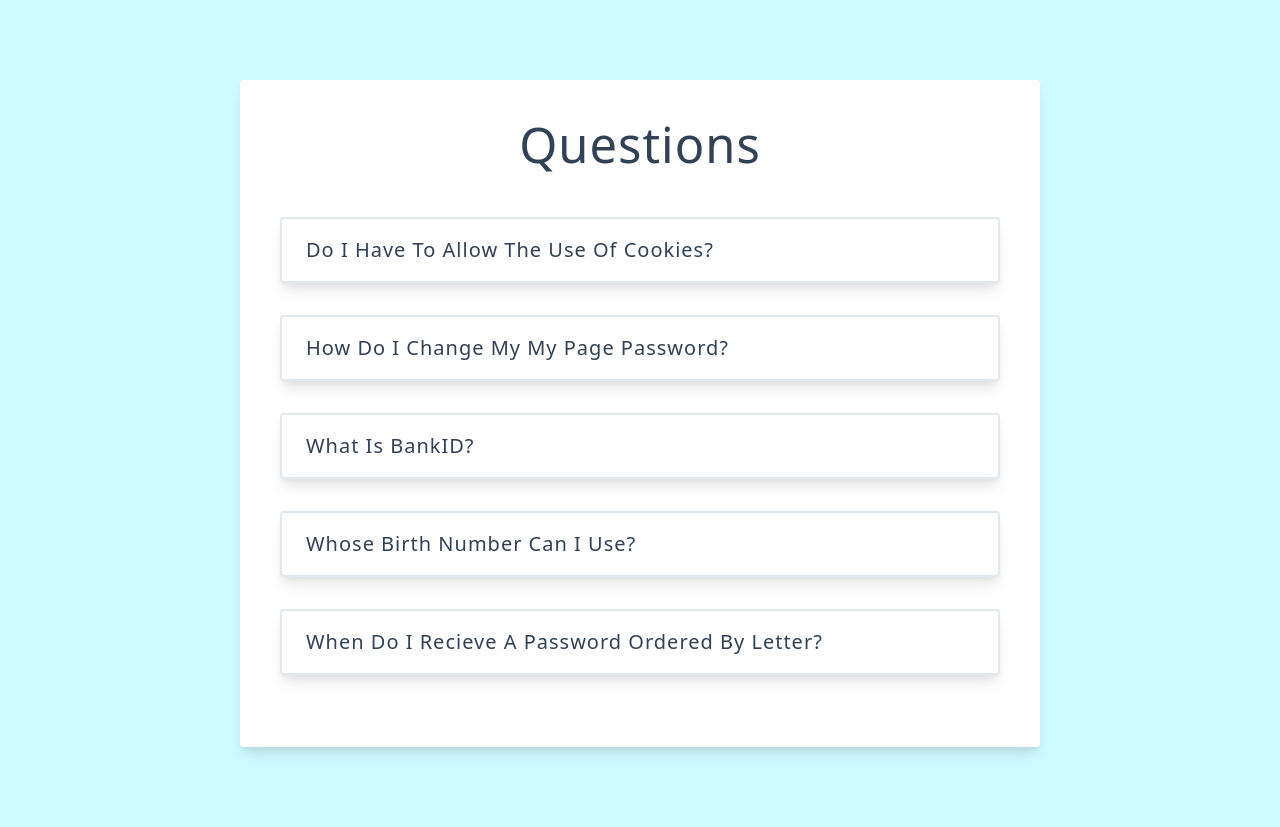
Repository: Maryie-B/React-Practice-Projects
Page: / (app in Accordion/)
An editor plug-in stored every save of this project. The page is shown before and after the next save, followed by the edit.
The browser window is 1280 px wide. The pictures show the whole page.
The project was rebuilt for these pictures with package versions that can differ from the ones it lists, and the page was loaded fresh each time. Also part of the build but not shown: Accordion/vite.config.js.

Above is the page before, as saved 2023-06-07 12:33:44.

### Accordion/src/App.jsx
import Questions from "./Questions";
import data from "./data";
import { useState } from "react";

const App = () => {
  const [questions, setQuestions] = useState(data);

  return <main>
    <Questions questions={questions} />
    </main>;
};
export default App;

### Accordion/src/Questions.jsx
import React from 'react'
import SingleQuestion from './SingleQuestion';

const Questions = ({questions}) => {
  return (
    <section className='container'>
      <h1>Questions</h1>
      {questions.map((question) => {
        return <SingleQuestion key={question.id} {...question} />
      })}
    </section>
  )
}

export default Questions;

### Accordion/src/data.js
const questions = [
  {
    id: 1,
    title: 'Do I have to allow the use of cookies?',
    info: 'Unicorn vinyl poutine brooklyn, next level direct trade iceland. Shaman copper mug church-key coloring book, whatever poutine normcore fixie cred kickstarter post-ironic street art.',
  },
  {
    id: 2,
    title: 'How do I change my My Page password?',
    info: 'Coloring book forage photo booth gentrify lumbersexual. Migas chillwave poutine synth shoreditch, enamel pin thundercats fashion axe roof party polaroid chartreuse.',
  },
  {
    id: 3,
    title: 'What is BankID?',
    info: 'Enamel pin fam sustainable woke whatever venmo. Authentic asymmetrical put a bird on it, lumbersexual activated charcoal kinfolk banjo cred pickled sartorial.',
  },
  {
    id: 4,
    title: 'Whose birth number can I use?',
    info: 'Edison bulb direct trade gentrify beard lo-fi seitan sustainable roof party franzen occupy squid. Knausgaard cronut succulents, scenester readymade shabby chic lyft. Copper mug meh vegan gentrify.',
  },
  {
    id: 5,
    title: 'When do I recieve a password ordered by letter?',
    info: 'Locavore franzen fashion axe live-edge neutra irony synth af tilde shabby chic man braid chillwave waistcoat copper mug messenger bag. Banjo snackwave blog, microdosing thundercats migas vaporware viral lo-fi seitan ',
  },
];
export default questions;

### Accordion/src/SingleQuestion.jsx
import React,{ useState }from 'react'
import { AiOutlineMinus, AiOutlinePlus } from 'react-icons/ai';

const SingleQuestion = ({title, info}) => {
  const [showInfo, setShowinfo] = useState(false);


  return (
    <article className='question'>
      <header>
        <h5>{title}</h5>
      </header>
      {showInfo && <p>{info}</p>}
    </article>
  )
}

export default SingleQuestion

Loaded but not shown: Accordion/index.html (common file); Accordion/src/main.jsx (common file); Accordion/src/index.css (common file)

After the next save:
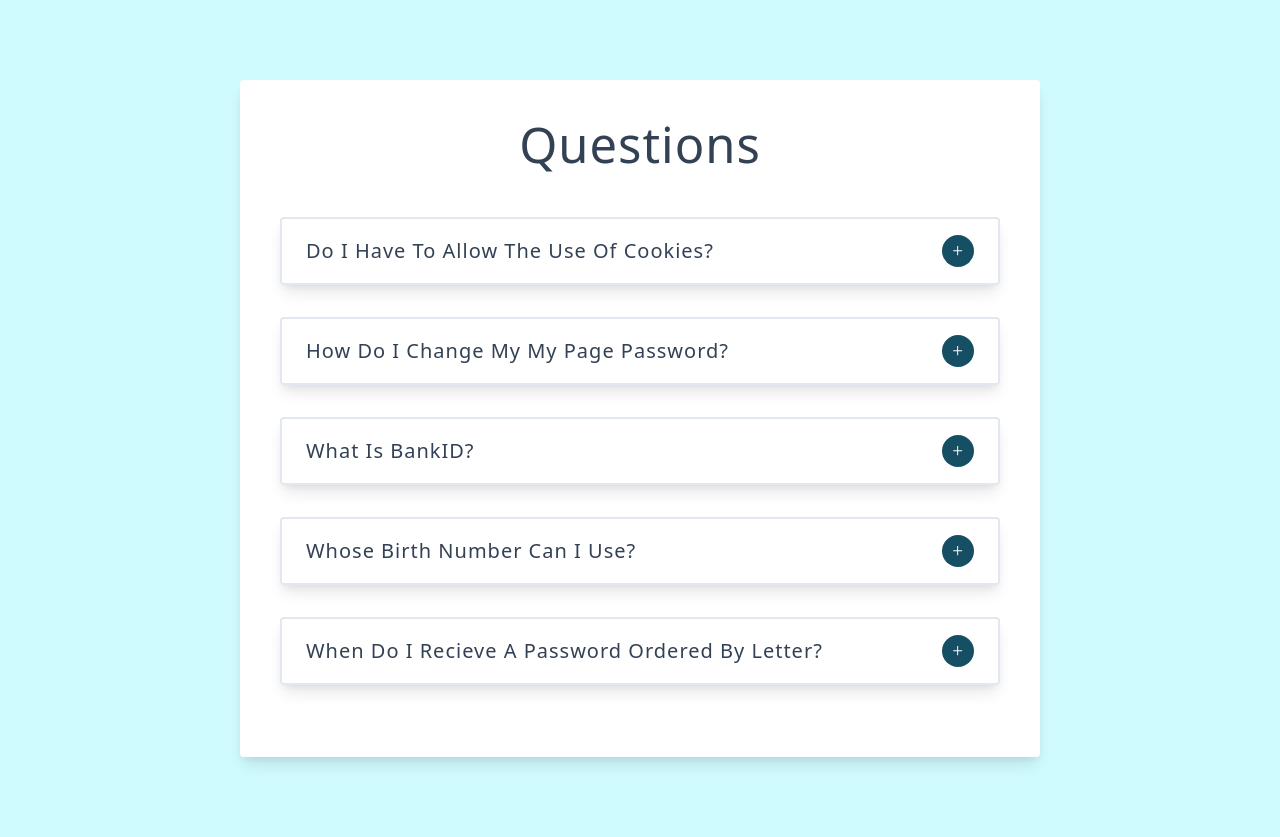
Saved 2 min 14 s later.
--- a/Accordion/src/SingleQuestion.jsx
+++ b/Accordion/src/SingleQuestion.jsx
@@ -9,6 +9,9 @@ const SingleQuestion = ({title, info}) => {
     <article className='question'>
       <header>
         <h5>{title}</h5>
+        <button className='question-btn' onClick={() => setShowinfo(!showInfo)}>
+            {showInfo ? <AiOutlineMinus/> : <AiOutlinePlus/>}
+        </button>
       </header>
       {showInfo && <p>{info}</p>}
     </article>
